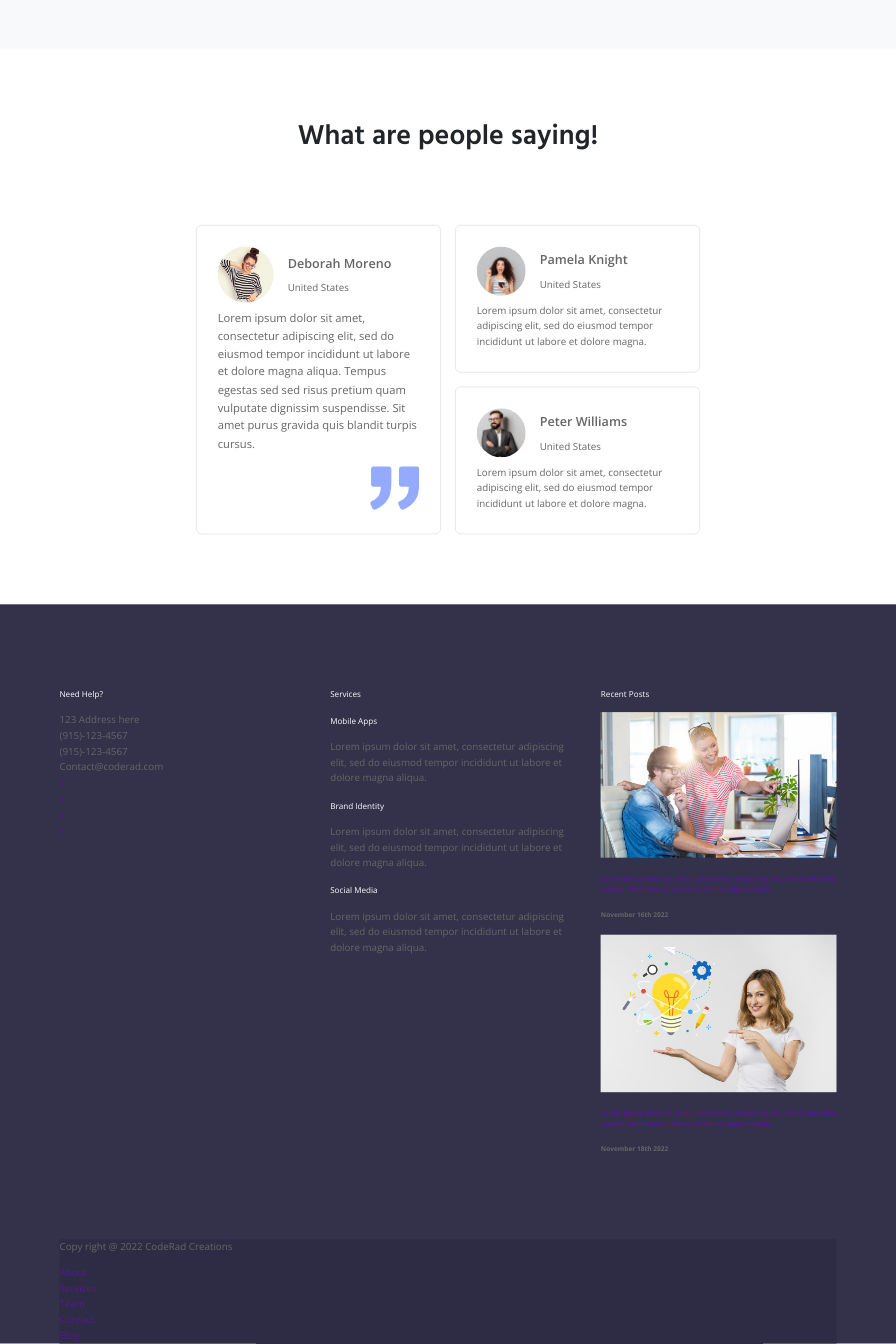
Repository: Sc-Juju/CodeRad
Page: index.html
These files come from the project's save history. The page is drawn as it stood at one moment and after the next save; the edit follows.
The browser window is 1280 px wide. The pictures show the part of the page from y = 3245 to 5165 px (the page is 5165 px tall), at 70% of full size.

Above is the page before, as saved 2022-11-16 10:13:31.

After the next save:
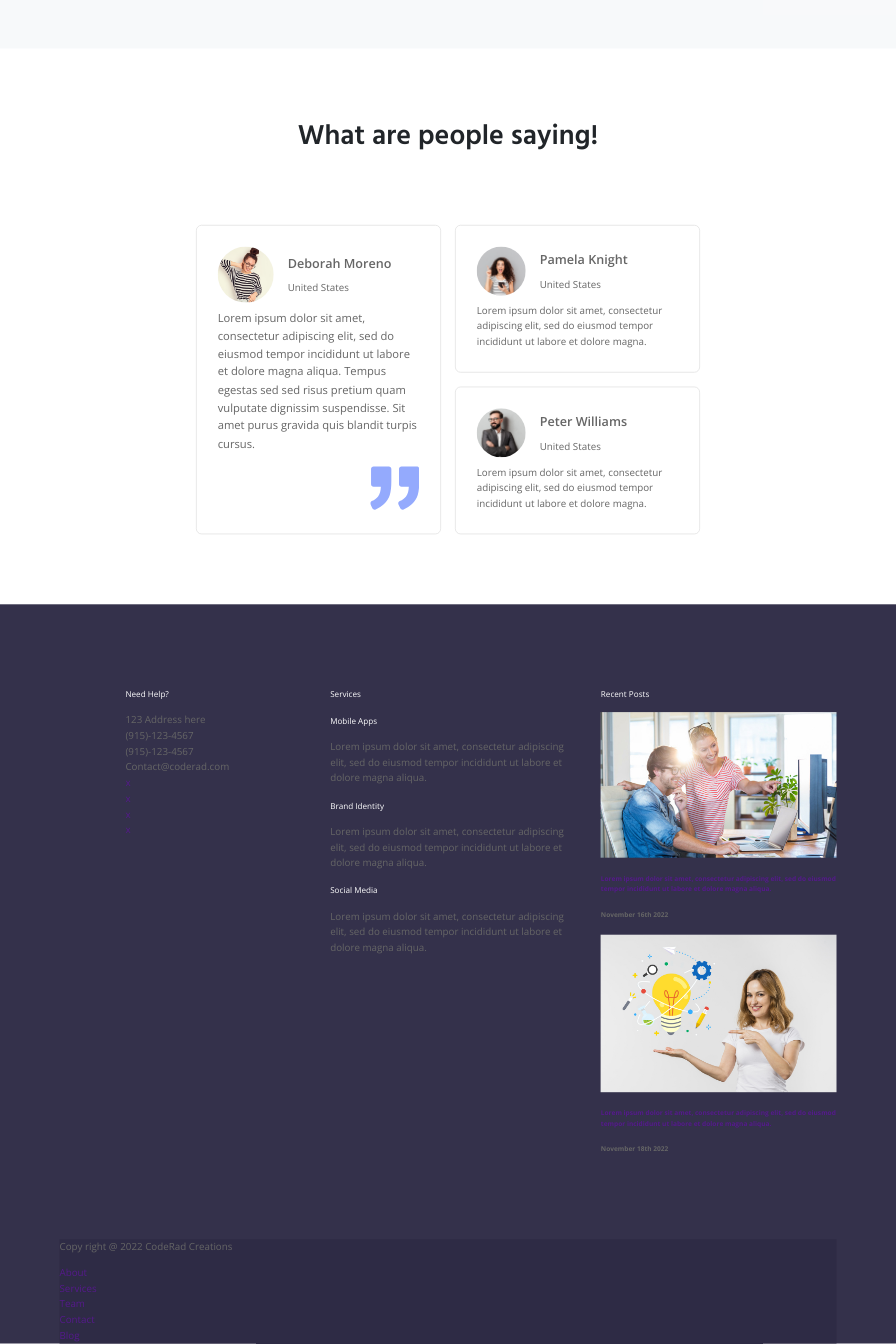
Saved 35 min 55 s later.
--- a/css/styles.css
+++ b/css/styles.css
@@ -266,6 +266,9 @@ footer .footer-top {
     gap: var(--size-50);
     padding: var(--size-100) 0;
 }
+
+footer .footer-col{justify-self: center;}
+
 .footer-top h5{
     color: var(--white);
     font-weight: 500;
